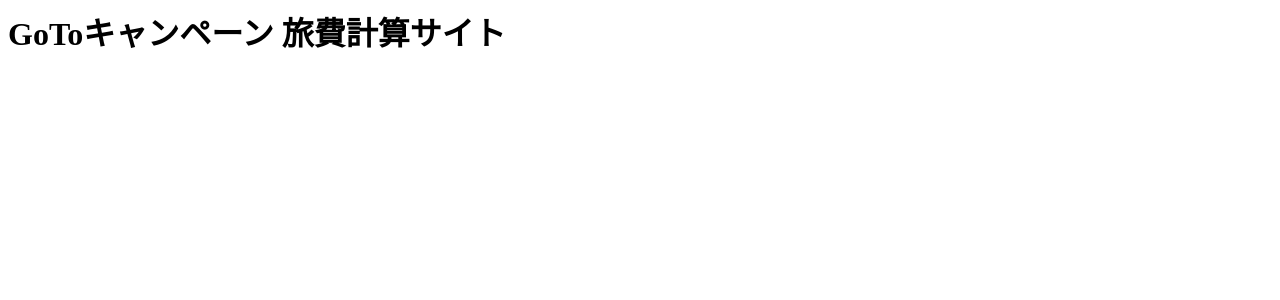
Repository: Ischca/ischca.github.io
Page: src/my-app.html
An editor plug-in stored every save of this project. The page is shown before and after the next save, followed by the edit.
The browser window is 1280 px wide. The pictures show the whole page.

Above is the page before, as saved 2020-10-02 13:31:05.

### src/my-app.html
<h1>GoToキャンペーン 旅費計算サイト</h1>

After the next save:
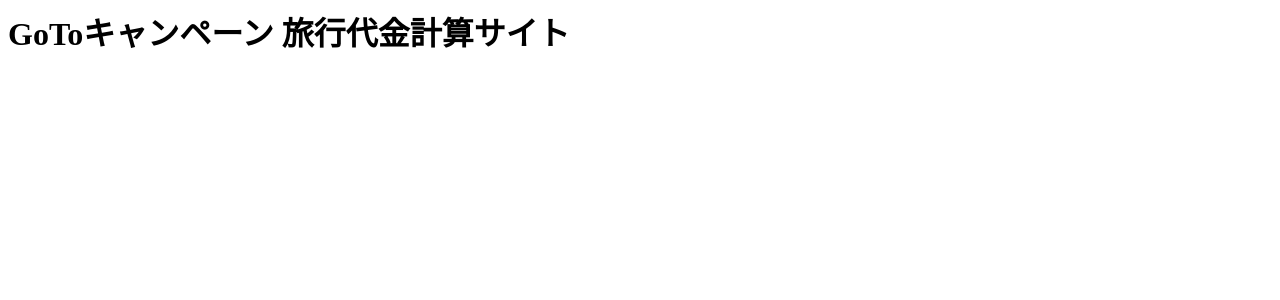
Saved 73 s later.
--- a/src/my-app.html
+++ b/src/my-app.html
@@ -1 +1 @@
-<h1>GoToキャンペーン 旅費計算サイト</h1>
+<h1>GoToキャンペーン 旅行代金計算サイト</h1>
